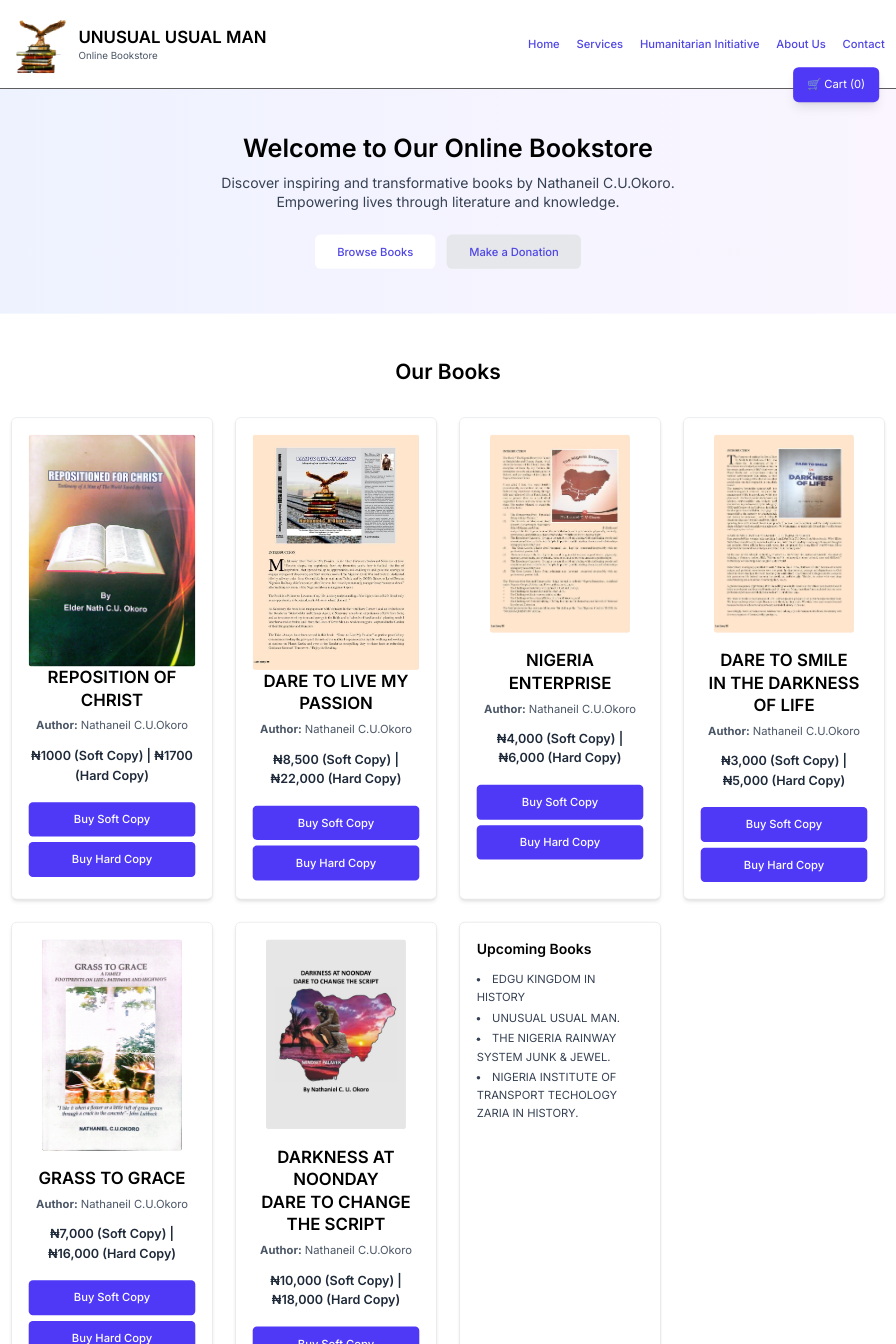
Repository: Rickyy1017/online-bookstore
Page: / (app in frontend/)
An editor plug-in stored every save of this project. The page is shown before and after the next save, followed by the edit.
The browser window is 1280 px wide. The pictures show the part of the page from y = 0 to 1920 px (the page is 3588 px tall), at 70% of full size.
The project was rebuilt for these pictures with package versions that can differ from the ones it lists, and the page was loaded fresh each time. The framework's server and built-in components were replaced by stand-ins that run in the browser. Also part of the build but not shown: frontend/next.config.ts.

Above is the page before, as saved 2025-10-09 23:49:35.

### frontend/app/page.tsx
"use client";

import { useState } from 'react';
import Image from 'next/image';
import Link from 'next/link';

type CartItem = {
  title: string;
  price: number;
  type: string;
};

export default function Page() {
  const [cart, setCart] = useState<CartItem[]>([]);
  const [isModalOpen, setIsModalOpen] = useState(false);
  const [isBannerVisible, setIsBannerVisible] = useState(true);

  const addToCart = (title: string, price: number, type: string) => {
    setCart(prev => [...prev, { title, price, type }]);
  };

  const viewCart = () => {
    setIsModalOpen(true);
  };

  const closeCart = () => {
    setIsModalOpen(false);
  };

  const checkout = () => {
    alert('Checkout functionality not implemented yet.');
  };

  const totalPrice = cart.reduce((sum, item) => sum + item.price, 0);

  return (
    <>
      <header className="bg-white shadow-md border-b">
        <div className="container mx-auto px-4 py-4 flex justify-between items-center">
          <div className="flex items-center">
            <Image src="/images/logo.png" alt="Logo" width={80} height={100} className="mr-4" />
            <div>
              <h1 className="text-2xl font-bold text-gray-900">UNUSUAL USUAL MAN</h1>
              <p className="text-sm text-gray-600">Online Bookstore</p>
            </div>
          </div>
          <nav className="hidden md:flex space-x-6">
            <Link href="/" className="text-gray-700 font-medium hover:text-indigo-600 transition-colors">Home</Link>
            <Link href="/services" className="text-gray-700 font-medium hover:text-indigo-600 transition-colors">Services</Link>
            <Link href="/humanitarian-initiative" className="text-gray-700 font-medium hover:text-indigo-600 transition-colors">Humanitarian Initiative</Link>
            <Link href="/about" className="text-gray-700 font-medium hover:text-indigo-600 transition-colors">About Us</Link>
            <Link href="/contact" className="text-gray-700 font-medium hover:text-indigo-600 transition-colors">Contact</Link>
          </nav>
        </div>
      </header>

      <section className="bg-gradient-to-r from-indigo-50 to-purple-50 py-12 md:py-16">
        <div className="container mx-auto text-center px-4">
          <h2 className="text-3xl md:text-4xl font-bold text-gray-900 mb-4">Welcome to Our Online Bookstore</h2>
          <p className="text-lg md:text-xl text-gray-700 mb-8 max-w-2xl mx-auto">Discover inspiring and transformative books by Nathaneil C.U.Okoro. Empowering lives through literature and knowledge.</p>
          <div className="flex justify-center space-x-4">
            <Link href="#books" className="bg-white text-white px-8 py-3 rounded-lg hover:bg-indigo-700 transition-colors font-medium">Browse Books</Link>
            <Link href="/donate" className="bg-gray-200 text-gray-800 px-8 py-3 rounded-lg hover:bg-gray-300 transition-colors font-medium">Make a Donation</Link>
          </div>
        </div>
      </section>

      <button onClick={viewCart} className="fixed top-24 right-6 bg-indigo-600 text-white px-5 py-3 rounded-lg shadow-lg hover:bg-indigo-700 transition-all z-10">
        🛒 Cart ({cart.length})
      </button>

      <section id="books" className="container mx-auto py-12 md:py-16 px-4">
        <h2 className="text-2xl md:text-3xl font-bold text-center text-gray-900 mb-8 md:mb-12">Our Books</h2>
        <div className="grid grid-cols-1 md:grid-cols-2 lg:grid-cols-3 xl:grid-cols-4 gap-8">
          <div className="bg-white border border-gray-200 rounded-lg p-4 md:p-6 shadow-md">
            <Image src="/images/rep.jpg" alt="REPOSITION OF CHRIST" width={200} height={300} className="w-full rounded" />
            <h3 className="text-xl md:text-2xl font-bold text-gray-900 mb-2 text-center">REPOSITION OF CHRIST</h3>
            <p className="text-gray-600 text-center mb-4"><b>Author:</b> Nathaneil C.U.Okoro</p>
            <div className="text-center mb-4 md:mb-6">
              <p className="text-base md:text-lg text-gray-800 font-semibold">₦1000 (Soft Copy) | ₦1700 (Hard Copy)</p>
            </div>
            <div className="space-y-2">
              <button onClick={() => addToCart('REPOSITION OF CHRIST', 1000, 'Soft Copy')} className="w-full bg-indigo-600 text-white py-2 md:py-3 rounded-md hover:bg-indigo-700 transition-colors font-medium">Buy Soft Copy</button>
              <button onClick={() => addToCart('REPOSITION OF CHRIST', 1700, 'Hard Copy')} className="w-full bg-indigo-600 text-white py-2 md:py-3 rounded-md hover:bg-indigo-700 transition-colors font-medium">Buy Hard Copy</button>
            </div>
          </div>

        <div className="bg-white border border-gray-200 rounded-lg p-6 shadow-md">
          <Image src="/images/mypass.jpg" alt="DARE TO LIVE MY PASSION" width={200} height={300} className="w-full rounded" />
          <h3 className="text-2xl font-bold text-gray-900 mb-2 text-center">DARE TO LIVE MY PASSION</h3>
          <p className="text-gray-600 text-center mb-4"><b>Author:</b> Nathaneil C.U.Okoro</p>
          <div className="text-center mb-6">
            <p className="text-lg text-gray-800 font-semibold">₦8,500 (Soft Copy) | ₦22,000 (Hard Copy)</p>
          </div>
          <div className="space-y-2">
            <button onClick={() => addToCart('DARE TO LIVE MY PASSION', 8500, 'Soft Copy')} className="w-full bg-indigo-600 text-white py-3 rounded-md hover:bg-indigo-700 transition-colors font-medium">Buy Soft Copy</button>
            <button onClick={() => addToCart('DARE TO LIVE MY PASSION', 22000, 'Hard Copy')} className="w-full bg-indigo-600 text-white py-3 rounded-md hover:bg-indigo-700 transition-colors font-medium">Buy Hard Copy</button>
          </div>
        </div>

        <div className="bg-white border border-gray-200 rounded-lg p-6 shadow-md">
          <Image src="/images/nige.jpg" alt="NIGERIA ENTERPRISE" width={200} height={300} className="mx-auto mb-6 rounded" />
          <h3 className="text-2xl font-bold text-gray-900 mb-2 text-center">NIGERIA ENTERPRISE</h3>
          <p className="text-gray-600 text-center mb-4"><b>Author:</b> Nathaneil C.U.Okoro</p>
          <div className="text-center mb-6">
            <p className="text-lg text-gray-800 font-semibold">₦4,000 (Soft Copy) | ₦6,000 (Hard Copy)</p>
          </div>
          <div className="space-y-2">
            <button onClick={() => addToCart('NIGERIA ENTERPRISE', 4000, 'Soft Copy')} className="w-full bg-indigo-600 text-white py-3 rounded-md hover:bg-indigo-700 transition-colors font-medium">Buy Soft Copy</button>
            <button onClick={() => addToCart('NIGERIA ENTERPRISE', 6000, 'Hard Copy')} className="w-full bg-indigo-600 text-white py-3 rounded-md hover:bg-indigo-700 transition-colors font-medium">Buy Hard Copy</button>
          </div>
        </div>

        <div className="bg-white border border-gray-200 rounded-lg p-6 shadow-md">
          <Image src="/images/dare.jpg" alt="DARE TO SMILE IN THE DARKNESS OF LIFE" width={200} height={300} className="mx-auto mb-6 rounded" />
          <h3 className="text-2xl font-bold text-gray-900 mb-2 text-center">DARE TO SMILE <br /> IN THE DARKNESS OF LIFE</h3>
          <p className="text-gray-600 text-center mb-4"><b>Author:</b> Nathaneil C.U.Okoro</p>
          <div className="text-center mb-6">
            <p className="text-lg text-gray-800 font-semibold">₦3,000 (Soft Copy) | ₦5,000 (Hard Copy)</p>
          </div>
          <div className="space-y-2">
            <button onClick={() => addToCart('DARE TO SMILE IN THE DARKNESS OF LIFE', 3000, 'Soft Copy')} className="w-full bg-indigo-600 text-white py-3 rounded-md hover:bg-indigo-700 transition-colors font-medium">Buy Soft Copy</button>
            <button onClick={() => addToCart('DARE TO SMILE IN THE DARKNESS OF LIFE', 5000, 'Hard Copy')} className="w-full bg-indigo-600 text-white py-3 rounded-md hover:bg-indigo-700 transition-colors font-medium">Buy Hard Copy</button>
          </div>
        </div>

        <div className="bg-white border border-gray-200 rounded-lg p-6 shadow-md">
          <Image src="/images/grasee (1).jpg" alt="GRASS TO GRACE" width={200} height={300} className="mx-auto mb-6 rounded" />
          <h3 className="text-2xl font-bold text-gray-900 mb-2 text-center">GRASS TO GRACE</h3>
          <p className="text-gray-600 text-center mb-4"><b>Author:</b> Nathaneil C.U.Okoro</p>
          <div className="text-center mb-6">
            <p className="text-lg text-gray-800 font-semibold">₦7,000 (Soft Copy) | ₦16,000 (Hard Copy)</p>
          </div>
          <div className="space-y-2">
            <button onClick={() => addToCart('GRASS TO GRACE', 7000, 'Soft Copy')} className="w-full bg-indigo-600 text-white py-3 rounded-md hover:bg-indigo-700 transition-colors font-medium">Buy Soft Copy</button>
            <button onClick={() => addToCart('GRASS TO GRACE', 16000, 'Hard Copy')} className="w-full bg-indigo-600 text-white py-3 rounded-md hover:bg-indigo-700 transition-colors font-medium">Buy Hard Copy</button>
          </div>
        </div>

        <div className="bg-white border border-gray-200 rounded-lg p-6 shadow-md">
          <Image src="/images/dark.png" alt="DARKNESS AT NOONDAY DARE TO CHANGE THE SCRIPT" width={200} height={300} className="mx-auto mb-6 rounded" />
          <h3 className="text-2xl font-bold text-gray-900 mb-2 text-center">DARKNESS AT NOONDAY <br /> DARE TO CHANGE THE SCRIPT</h3>
          <p className="text-gray-600 text-center mb-4"><b>Author:</b> Nathaneil C.U.Okoro</p>
          <div className="text-center mb-6">
            <p className="text-lg text-gray-800 font-semibold">₦10,000 (Soft Copy) | ₦18,000 (Hard Copy)</p>
          </div>
          <div className="space-y-2">
            <button onClick={() => addToCart('DARKNESS AT NOONDAY DARE TO CHANGE THE SCRIPT', 10000, 'Soft Copy')} className="w-full bg-indigo-600 text-white py-3 rounded-md hover:bg-indigo-700 transition-colors font-medium">Buy Soft Copy</button>
            <button onClick={() => addToCart('DARKNESS AT NOONDAY DARE TO CHANGE THE SCRIPT', 18000, 'Hard Copy')} className="w-full bg-indigo-600 text-white py-3 rounded-md hover:bg-indigo-700 transition-colors font-medium">Buy Hard Copy</button>
          </div>
        </div>

        <div className="bg-white border border-gray-200 rounded-lg p-6 shadow-sm">
          <h2 className="text-xl font-bold text-gray-900 mb-4">Upcoming Books</h2>
          <ul className="list-disc list-inside text-gray-700 space-y-1">
            <li>EDGU KINGDOM IN HISTORY</li>
            <li>UNUSUAL USUAL MAN.</li>
            <li>THE NIGERIA RAINWAY SYSTEM JUNK & JEWEL.</li>
            <li>NIGERIA INSTITUTE OF TRANSPORT TECHOLOGY ZARIA IN HISTORY.</li>
          </ul>
        </div>
        </div>
      </section>

      <div className="bg-gray-50 py-12">
        <div className="container mx-auto text-center">
          <h2 className="text-3xl font-bold text-gray-900 mb-8">COVENANT DAYCARE GARDEN FOUNDATION</h2>
          <div className="flex justify-center gap-8 mb-8">
            <Image src="/images/daycare1.png" alt="Daycare 1" width={300} height={200} className="rounded-lg shadow-md" />
            <Image src="/images/daycare2.jpg" alt="Daycare 2" width={300} height={200} className="rounded-lg shadow-md" />
          </div>
          <p className="text-gray-600 max-w-2xl mx-auto">A proud initiative dedicated to supporting elders and widows in need through community care and support programs.</p>
        </div>
      </div>

      {isModalOpen && (
        <div className="fixed inset-0 bg-black bg-opacity-50 flex justify-center items-center z-50">
          <div className="bg-white p-8 rounded-xl shadow-2xl max-w-lg w-full mx-4">
            <div className="flex justify-between items-center mb-6">
              <h2 className="text-2xl font-bold text-gray-900">Your Cart</h2>
              <span onClick={closeCart} className="cursor-pointer text-3xl text-gray-400 hover:text-gray-600">&times;</span>
            </div>
            <ul className="mb-6 space-y-2">
              {cart.map((item, index) => (
                <li key={index} className="text-gray-700 bg-gray-100 p-3 rounded">{item.title} - {item.type} - ₦{item.price}</li>
              ))}
            </ul>
            <div className="flex justify-between items-center mb-6">
              <p className="text-xl font-semibold text-gray-900">Total: ₦{totalPrice}</p>
            </div>
            <button onClick={checkout} className="w-full bg-indigo-600 text-white px-6 py-3 rounded-lg hover:bg-indigo-700 font-medium">Proceed to Checkout</button>
          </div>
        </div>
      )}

      <footer className="bg-gray-800 text-white py-12 mt-16">
        <div className="container mx-auto px-4">
          <div className="text-center mb-8">
            <p className="text-lg font-semibold">© 2025 Covenant Books & Consulting. All Rights Reserved.</p>
            <p className="text-gray-300 mt-2">Empowering lives through literature, community support, and global business expertise.</p>
          </div>
          <nav className="flex justify-center mb-8 space-x-6">
            <Link href="/about" className="text-gray-200 hover:text-indigo-400 transition-colors">About Us</Link>
            <Link href="/services" className="text-gray-200 hover:text-indigo-400 transition-colors">Services</Link>
            <Link href="/contact" className="text-gray-200 hover:text-indigo-400 transition-colors">Contact Us</Link>
          </nav>
          <div className="flex justify-center mb-8 space-x-4">
            <a href="#" className="text-gray-300 hover:text-indigo-400 transition-colors">Facebook</a>
            <a href="#" className="text-gray-300 hover:text-indigo-400 transition-colors">Twitter</a>
            <a href="#" className="text-gray-300 hover:text-indigo-400 transition-colors">LinkedIn</a>
          </div>
          <p className="text-center text-gray-300">Covenant Daycare Garden Foundation is a proud initiative dedicated to supporting elders and widows in need.</p>
        </div>
      </footer>
    </>
  );
}

### frontend/app/globals.css
@import url('https://fonts.googleapis.com/css2?family=Inter:wght@300;400;500;600;700&display=swap');
@import "tailwindcss";

:root {
  --background: #ffffff;
  --foreground: #000000;
  --accent: #4f46e5;
  --accent-hover: #3730a3;
}

@theme inline {
  --color-background: var(--background);
  --color-foreground: var(--foreground);
  --font-sans: 'Inter', sans-serif;
  --font-mono: var(--font-geist-mono);
}

body {
  background: var(--background);
  color: var(--foreground);
  font-family: 'Inter', sans-serif;
  line-height: 1.6;
}

h1, h2, h3, h4, h5, h6 {
  font-weight: 600;
  color: var(--foreground);
}

a {
  color: var(--accent);
  transition: color 0.2s ease;
}

a:hover {
  color: var(--accent-hover);
}

button {
  transition: all 0.2s ease;
}

Loaded but not shown: frontend/app/layout.tsx (common file)

After the next save:
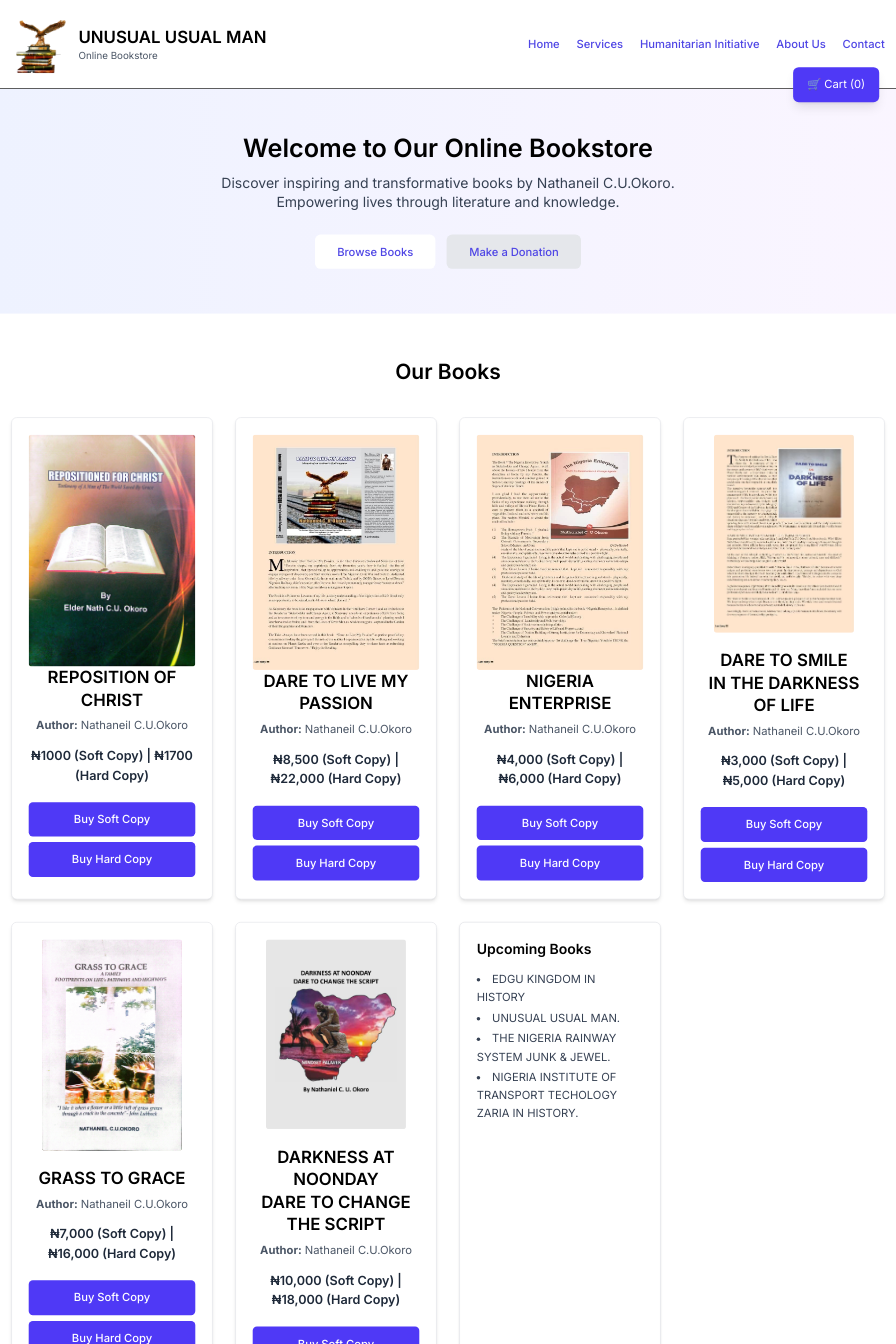
Saved 12 s later.
--- a/frontend/app/page.tsx
+++ b/frontend/app/page.tsx
@@ -99,7 +99,7 @@ export default function Page() {
         </div>
 
         <div className="bg-white border border-gray-200 rounded-lg p-6 shadow-md">
-          <Image src="/images/nige.jpg" alt="NIGERIA ENTERPRISE" width={200} height={300} className="mx-auto mb-6 rounded" />
+          <Image src="/images/nige.jpg" alt="NIGERIA ENTERPRISE" width={200} height={300} className="w-full rounded" />
           <h3 className="text-2xl font-bold text-gray-900 mb-2 text-center">NIGERIA ENTERPRISE</h3>
           <p className="text-gray-600 text-center mb-4"><b>Author:</b> Nathaneil C.U.Okoro</p>
           <div className="text-center mb-6">
